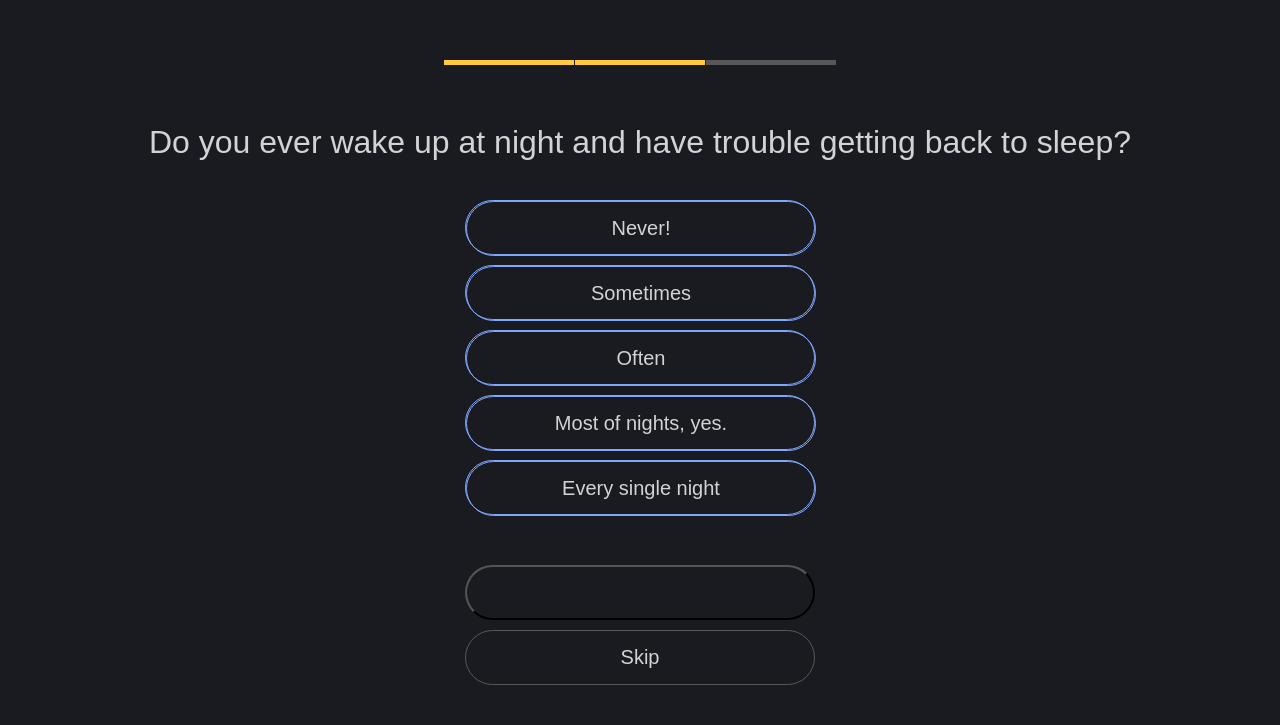
Repository: Crite-Spranberries/sleepixie_app
Page: /onboarding
These files come from the project's save history. The page is drawn as it stood at one moment and after the next save; the edit follows.
The browser window is 1280 px wide. The pictures show the whole page.
Some web fonts or font styles are not loaded; a fallback is used. The project was rebuilt for these pictures with package versions that can differ from the ones it lists, and the page was loaded fresh each time. The framework's server and built-in components were replaced by stand-ins that run in the browser. Also part of the build but not shown: next.config.mjs.

Above is the page before, as saved 2025-05-12 14:43:12.

After the next save:
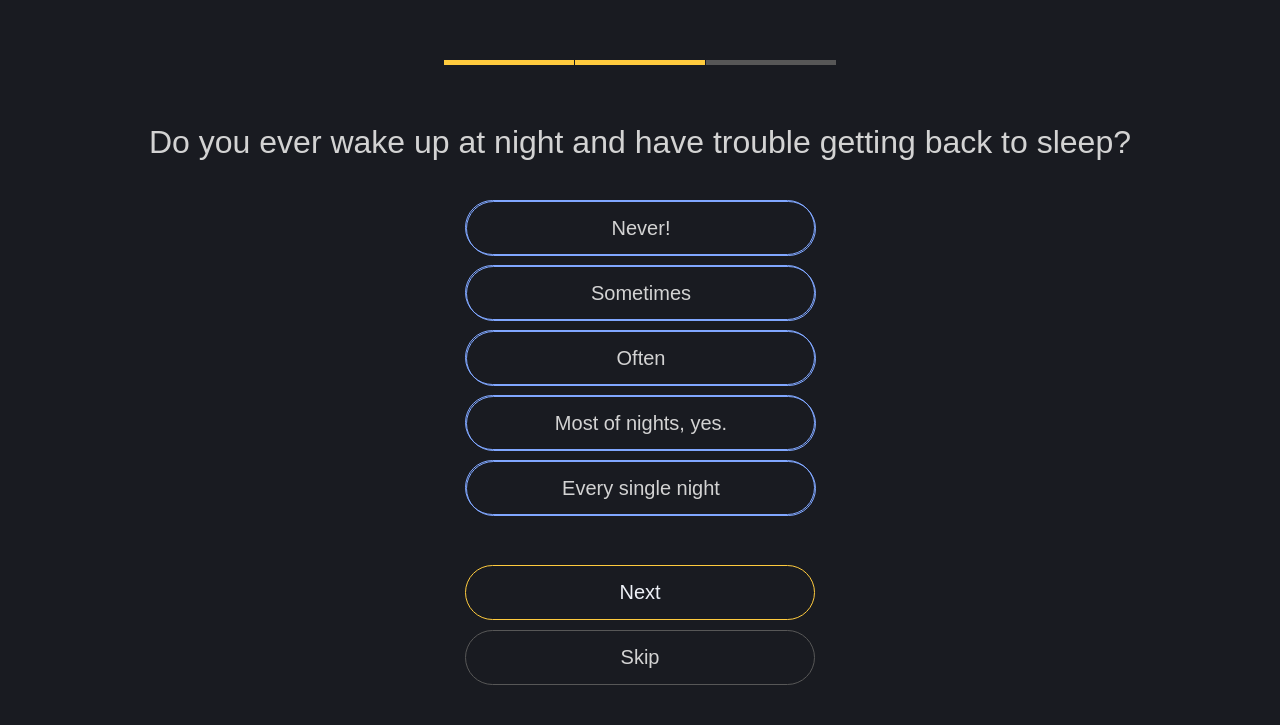
Saved 50 s later.
--- a/ui/buttons/YellowButton.module.css
+++ b/ui/buttons/YellowButton.module.css
@@ -4,13 +4,14 @@
     flex-shrink: 0;
     border-radius: 30px;
     background-color: transparent;
-    color: var(--Day---Primary-2, #191b21);
+    color: var(--Day---Primary-2, #eef1f7);
     text-align: center;
     font-family: "Teachers", sans-serif;
     font-size: 20px;
     font-style: normal;
     font-weight: 400;
     line-height: normal;
+    border: 1px solid #ffcb3e;
     transition: background-color 0.5s linear;
 }
 
